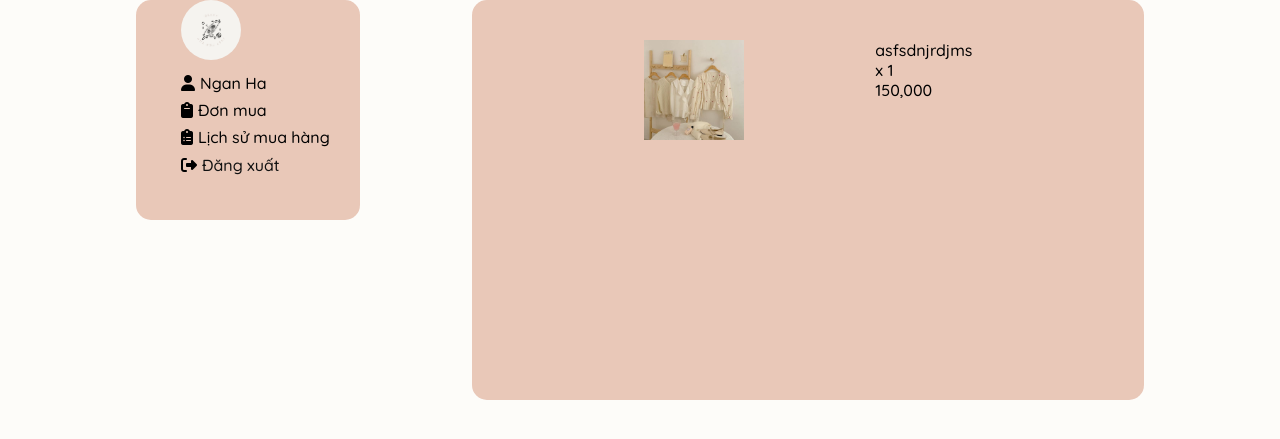
Repository: nganha241/store
Page: profile.html
An editor plug-in stored every save of this project. The page is shown before and after the next save, followed by the edit.
The browser window is 1280 px wide. The pictures show the whole page.
Some web libraries are served in a nearby version.

Above is the page before, as saved 2022-04-22 19:46:56.

### profile.html
<!DOCTYPE html>
<html lang="en">
  <head>
    <meta charset="UTF-8" />
    <meta http-equiv="X-UA-Compatible" content="IE=edge" />
    <meta name="viewport" content="width=device-width, initial-scale=1.0" />
    <title>Document</title>
    <link rel="stylesheet" href="style.css" />
  </head>

  <body>
    <div class="container">
      <div class="profile">
        <div class="active">
          <div class="list">
            <div class="avatar"><img src="./img/logo.png" alt="" /></div>
            <div class="name">
              <i class="fa fa-user" aria-hidden="true"></i>Ngan Ha
            </div>

            <div class="order"><i class="fas fa-clipboard"></i>Đơn mua</div>

            <div><i class="fas fa-clipboard-list"></i>Lịch sử mua hàng</div>

            <div>
              <i class="fas fa-sign-out-alt"></i><a href="#">Đăng xuất</a>
            </div>
          </div>
        </div>

        <div class="my-profile">
          <div class="list-detail">
            <!-- <div class="name">
              <form>
                <div>
                  <label>Tên đăng nhập</label>
                  <input type="text" value="Ngân Hà" disabled />
                </div>
                <div>
                  <label>Gmail</label>
                  <input type="text" value="nganha@gmail.com" />
                </div>
                <div>
                  <label>SĐT</label>
                  <input type="text" value="012345678" />
                </div>
                <div>
                  <label>Địa chỉ</label>
                  <input type="text" value="123 abc, xyz" />
                </div>
                <button>Lưu</button>
              </form>
            </div> -->
            <div class="order">
              <div class="order-box">
                <div class="img">
                  <img src="./img/products/p1.jpg" alt="" />
                </div>
                <div class="div">
                  <div class="pro-name">asfsdnjrdjms</div>
                  <div class="quantity">x 1</div>
                  <div class="total">150,000</div>
                </div>
              </div>
            </div>
          </div>
        </div>
      </div>
    </div>
    <script
      src="https://kit.fontawesome.com/ae971d7ee0.js"
      crossorigin="anonymous"
    ></script>
  </body>
</html>

### style.css
@import url('https://fonts.googleapis.com/css2?family=Quicksand:wght@300;400;500;600;700&family=Space+Grotesk:wght@300;400&display=swap');

* {
    font-family: 'Quicksand', sans-serif;
    box-sizing: border-box;
}

body {
    background: #fdfcf9;
    position: relative;
    height: auto;
    padding: 0;
    margin: 0;
}

a {
    text-decoration: none;
}

li {
    list-style: none;
}

.header {
    padding: 40px 80px;
}

.header .tools {
    display: flex;
    justify-content: flex-end;
    gap: 15px;
    height: 50px;
}

.header .tools .notification,
.header .tools .account,
.header .tools .cart {
    cursor: pointer;
}

.header .tools .fa-solid {
    font-size: 22px;
    color: #ae582d;
}

.header .tools .cart {
    position: relative;
}

.header .tools .cart .cart-info {
    position: absolute;
    background: #af7355;
    right: -20px;
    top: 30px;
    z-index: 1;
    padding: 20px;
    color: #fff;
    display: none;
    border-radius: 15px;
    animation: dropdown 0.4s ease;
}

.header .tools .cart:hover .cart-info {
    display: block;
}

.header .tools .cart .cart-info .cart-card {
    width: 400px;
    height: 50px;
    margin-top: 10px;
    display: flex;
    justify-content: space-between;
    transition: 0.4s;
}

.header .tools .cart .cart-info .cart-card:hover {
    background:rgba(255, 255, 255, 0.4);
    transition: 0.4s;
}

.header .tools .cart .cart-info .cart-card .cart-card-img img {
    width: 100%;
    height: 100%;
    object-fit: cover;
}

.header .tools .cart .cart-info .cart-card .cart-pro-name {
    text-overflow: ellipsis;
    white-space: nowrap;
    overflow: hidden;
   width: 250px;
}

.header .tools .cart .cart-info .cart-card-footer {
    display: flex;
    justify-content: space-between;
    margin-top: 10px;
}

.header .tools .cart .cart-info .cart-card-footer>p {
    cursor: auto;
}

.header .tools .cart .cart-info .cart-card-footer>button {
    margin-top: 5px;
    height: 35px;
    border-radius: 5px;
    border: 0;
    font-size: 16px;
    font-weight: 500;
    cursor: pointer;
    transition: 0.4s;
}

.header .tools .cart .cart-info .cart-card-footer>button:hover {
    background: rgba(255, 255, 255, 0.7);
}

.header .tools .account span .fa-solid{
    font-size: 18px;
    color: #111;
    margin-left: 10px;
    margin-right: 15px;
}

.header .tools .account:hover .fa-solid{
    color: #ae582d;
}

.header .tools .account {
    position: relative;
}

.header .tools .account span {
    font-weight: 600;
}

.header .tools .account .acc-info {
    width: 180px;
    position: absolute;
    height: auto;
    background: #af7355;
    text-align: left;
    top: 15px;
    left: -30px;
    display: none;
    animation: dropdown 0.4s ease;
    z-index: 1;
    border-radius: 15px;
}

.header .tools .account:hover .acc-info{
    display: block;
}

.header .tools .account .acc-info li {
    padding: 10px 0;
    color: #fff;
    margin-left: -13px;
    transition: .4s;
}

.header .tools .account .acc-info li:hover {
    transform: scale(1.1);
}

.header hr {
    background: #48503c;
    margin-top: -20px;
}

.header nav {
    display: flex;
    width: 100%;
}

.header nav .logo {
    width: 50%;
    padding-top: 20px;
}

.header nav .logo a{
    font-family: 'Space Grotesk', sans-serif;
    font-size: 30px;
    color: #48503c;
    font-weight: 100;

}

.header nav .logo a:hover {
    color: #111;
}

.header nav .menu {
    display: flex;
    gap: 15px;
    padding-top: 7px;
    justify-content: flex-end;
    width: 50%;
}

.header nav .menu>li {
    float: left;
    font-size: 18px;
    position: relative;
    height: 50px;
}

.header nav .menu>li::before {
    content: "";
    position: absolute;
    width: 90%;
    height: 3px;
    top: 30px;
    right: -3px;
    background-color: #551e02;
    opacity: 0;
    transition: 0.6s;
}

.header nav .menu>li:hover::before{
    opacity: 1;
    transition: 0.6s;
}

.header nav .menu>li>a {
    color: #48503c;
    display: block;
    padding: 6px 0px 0px 15px;
}

.header nav .menu>li:hover>a {
    color: #111;
}

.header nav .menu>li .menu-child {
    margin-top: 10px;
    margin-left: -50px;
    width: 180px;
    padding-top: 10px;
    padding-bottom: 15px;
    background: #af7355;
    border-radius: 15px;
    text-align: left;
    position: absolute;
    display: none;
    animation: dropdown .3s ease;
    z-index: 1;
}

.header nav .menu>li:hover .menu-child{
    display: block;
}

.header nav .menu>li .menu-child>li {
    margin-top: 10px;
}

.header nav .menu>li .menu-child>li>a {
    transition: 0.4s;
    color: #fff;
}

.header nav .menu>li .menu-child>li:hover>a{
    display: inline;
    text-decoration: underline;
    transition: 0.4s;
}

@keyframes dropdown {
    0% {
        opacity: 0;
        transform: translateY(18px);
    }
    100% {
        opacity: 1;
        transform: none;
    }
}

.header .banner {
    width: 100%;
    height: 600px;
    display: flex;
    align-items: center;
    margin-top: 30px;
    position: relative;
}

.header .banner .slogan {
    width: 50%;
    padding-left: 60px;
    padding-right: 20px;
}

.header .banner .slogan h4 {
    color: #ae582d;
    font-family: 'Space Grotesk', sans-serif;
    font-size: 60px;
    font-weight: 200;
}

.header .banner .slogan p {
    font-size: 20px;
    color: #515a54;
    margin-top: -50px;
}

.header .banner .img-banner{
    width: 50%;
    height: 100%;
}

.header .banner .img-banner img {
    width: 100%;
    height: 100%;
    object-fit: cover;
    border-top-left-radius: 100px;
    border-bottom-right-radius: 100px;
    transition: all 0.5s ease;
}

.section {
    height: auto;
    margin-top: 100px;
    padding: 0 80px;
}

.section .into-title {
    margin-top: 100px;
    text-align: center;
}

.section .into-title h1 {
    font-family: 'Space Grotesk', sans-serif;
    font-size: 50px;
}

.section .intro {
    display: flex;
    flex-wrap: wrap;
    justify-content: space-between;
    margin-bottom: 100px;
    margin-top: 80px;
    gap: 10px;
}

.section .intro .intro-card .intro-img {
    width: 200px;
    height: 200px;
}

.section .intro .intro-card .intro-img img {
    width: 100%;
    height: 100%;
    border-radius: 50%;
}

.section .title{
    height: auto;
    width: 200px;
    background: #f4e9c7;
    text-align: center;
    margin-bottom: -15px;
}

.section .title h2 a{
    font-size: 30px;
    color: #48503c;
    font-weight: 200;
}

.products {
    display: flex;
    flex-wrap: wrap;
    justify-content: space-between;
    row-gap: 30px;
    padding: 30px 10px;
    background: rgb(244, 239, 239);
}

.products .card {
    width: 250px;
    height: 400px;
    background: #fdfcf9;
    cursor: pointer;
    transition: 0.4s;
    position: relative;
}

.products .card:hover {
    transform: scale(1.1 , 1.1);
    background: rgba(255, 255, 255, 0.4);
}

.products .card .pro-img {
    height: 330px;
}

.products .card .pro-img img{
    width: 100%;
    height: 100%;
    object-fit: cover;
}

.products .card .pro-sale-tag {
    position: absolute;
    top: -10px;
    left: -5px;
    background: #ae582d;
    width: 70px;
    height: 35px;
    font-size: 25px;
    color: #fff;
    font-weight: 500;
}

.products .card .pro-sale-tag::before{
    content: "";
    width: 5px;
    height: 6px;
    background-color: #551e02;
    position: absolute;
    left: 0px;
    top: 34.5px;
    clip-path: polygon(0 0, 100% 0, 100% 100%);
}

.products .card .pro-new-tag {
    position: absolute;
    top: 0;
    right: 5px;
    background: #af7355;
    width: 50px;
    height: 40px;
    font-size: 20px;
    color: #fff;
    font-weight: 500;
    clip-path: polygon(0 75%, 0 0, 100% 0, 100% 75%, 50% 100%);
}

.products .card .pro-name {
    font-size: 18px;
    text-overflow: ellipsis;
    white-space: nowrap;
    overflow: hidden;
}

 .products .card .pro-price {
    font-size: 15px;
}

 .products .card .add-cart {
    margin-top: -220px;
}

.products .card .add-cart button{
    opacity: 0;
    height: 40px;
    background: #af7355;
    border: 0;
    cursor: pointer;
    transition: 0.4s;
    color: #fff;
    margin-left: 85px;
}

.products .card:hover .add-cart button {
    transition: 0.4s;
    opacity: 1;
}

.products .card .add-cart button:hover {
    transform: scale(1.1);
    background: #ae582d;
}

.about-us {
    margin-top: 100px;
}

.about-img {
    height: 400px;
}

.about-img img{
    width: 100%;
    height: 100%;
    object-fit: cover;
}

.about-us .about-text {
    padding: 40px 140px;
    text-align: center;
    color: #515a54;
}

.about-us .about-text h5 {
    font-size: 20px;
    font-weight: 500;
}

.about-us .about-text p {
    line-height: 1.6;
    font-size: 15px;
}

.section .featured {
    height: auto;
    margin-top: 100px;
    position: relative;
}

.section .featured .list-slider {
    background: rgb(244, 239, 239);
}

.section .featured .list-slider .slide {
    display: none;
}

.section .featured .list-slider .slide.show {
    display: block;
    transition: 0.4s;
}

.section .featured .list-slider .slide .fade {
    height: 400px;
    display: flex;
    /* gap: 30px; */
    justify-content: space-between;

}

.section .featured .list-slider .slide .fade .featured-img {
    width: 60%;
}

.section .featured .list-slider .slide .fade .featured-img img{
    height: 100%;
    width: 100%;
    object-fit: cover;
    transition: 0.5s;
}

.section .featured .list-slider .slide:hover .fade .featured-img img{
    transform: translate(0, -42px);
}

.section .featured .list-slider .slide .fade .featured-more {
    text-align: center;
    padding-top: 150px;
    line-height: 1.8;
}

.section .featured .list-slider .slide .fade .featured-more .featured-name {
    font-size: 25px;
    text-overflow: ellipsis;
    white-space: nowrap;
    overflow: hidden;
    width:250px;
    transition: 0.4s;
}

.section .featured .list-slider .slide .fade .featured-more .featured-price {
    font-size: 18px;

}

.section .featured .list-slider .slide .fade .featured-more .featured-sold {
    font-size: 18px;
}

.section .featured .list-slider .slide .fade .featured-more .featured-sold span {
    margin-left: 10px;
}

.section .featured .list-slider .slide .fade .featured-choose {
    height: 400px;
    width: 60px;
    background: #ae582d;
    opacity: 0;
    transition: 0.4s;
    writing-mode: vertical-rl;
    text-orientation: mixed;
    text-align: center;
    font-size: 30px;
    color: #fff;
    cursor: pointer;
    padding-right: 10px;
}

.section .featured .list-slider .slide .fade:hover .featured-choose {
    opacity: 1;
    transition: 0.6s;
}

.section .featured .list-slider .slide .fade .featured-choose .fas {
    transition: 0.6s;
}

.section .featured .list-slider .slide .fade .featured-choose:hover .fas {
    margin-top: 20px;
    transform: scale(1.5 , 1.5);
    transition: 0.4s;
}

.section .featured .featured-button {
    position: absolute;
    top: 50%;
    font-size: 60px;
    color: #515a54;
    cursor: pointer;
    transition: 0.4s;
}

.section .featured .featured-button.pre {
    left: -40px;
    transition: 0.4s;
}

.section .featured .featured-button.next {
    right: -40px;
    transition: 0.4s;
}

.section .featured .featured-button.pre:hover,
.section .featured .featured-button.next:hover {
    color: #ae582d;
    transform: scale(1.2);

}

.section .sale {
    margin-top: 100px;
}

.section .sale-banner {
    display: flex;
    justify-content: space-between;
    height: 350px;
    gap: 10px;
}

.section .sale .sale-banner .sale-img {
    width: 50%;
}

.section .sale .sale-banner .sale-img img{
    width: 100%;
    height: 100%;
    object-fit: cover;
}

.detail .related-products,
.section .sale .sale-products {
    position: relative;
    transition: 0.4s;
}

.detail .related-products .related-control,
.section .sale .sale-products .sale-control {
    position: absolute;
    top: 50%;
    transform: translateY(-20px);
    font-size: 40px;
    color: #ae582d;
    cursor: pointer;
}


.detail .related-products .related-control.related-pre,
.section .sale .sale-products .sale-control.sale-pre {
    left: 16px;
    z-index: 1;
}


.detail .related-products .related-control.related-next,
.section .sale .sale-products .sale-control.sale-next {
    right: 10px;
}


.detail .related-products .related-card,
.section .sale .sale-products .sale-card{
    display: flex;
    justify-content: space-between;
    align-items: center;
    gap: 10px;
    height: 400px;
    overflow: hidden;
    padding-left: 10px;
}

.detail .related-products .related-card .related-box,
.section .sale .sale-products .sale-card .sale-box{
    width: 210px;
    height: 280px;
    position: relative;
    transition: 0.4s;
    cursor: pointer;
}

.detail .related-products .related-card .related-box .tag-sale,
.section .sale .sale-products .sale-card .sale-box .tag-sale {
    background: #ae582d;
    position: absolute;
    top: -10px;
    width: 60px;
    height: 30px;
    left: -5px;
    text-align: center;
}

.detail .related-products .related-card .related-box .tag-sale p,
.section .sale .sale-products .sale-card .sale-box .tag-sale p {
    display: inline;
    font-size: 20px;
    color: #fff;
    font-weight: 600;
}

.detail .related-products .related-card .related-box .tag-sale::before,
.section .sale .sale-products .sale-card .sale-box .tag-sale::before {
    content: '';
    background-color: #551e02;
    display: inline-block;
    width: 5px;
    height: 5px;
    position: absolute;
    bottom: -5px;
    right: 55px;
    clip-path: polygon(0 0, 100% 0, 100% 100%);
}

.detail .related-products .related-card .related-box img,
.section .sale .sale-products .sale-card .sale-box img {
    width: 100%;
    height: 100%;
    object-fit: cover;
}

.detail .related-products .related-card .related-box:hover,
.section .sale .sale-products .sale-card .sale-box:hover {
    transform: scale(0.9);
    color: #111;
}

.detail .related-products .related-card .related-box .related-name,
.section .sale .sale-products .sale-card .sale-box .sale-name {
    text-overflow: ellipsis;
    white-space: nowrap;
    overflow: hidden;
}

.detail .related-products .related-card .related-box .related-name a,
.section .sale .sale-products .sale-card .sale-box .sale-name a{
    color: #48503c;
    font-weight: 500;
}

.detail .related-products .related-card .related-box .related-price,
.section .sale .sale-products .sale-card .sale-box .sale-price {
    font-size: 14px;
    color: #48503c;
}

.footer {
    width: auto;
    font-weight: 500;
    background: rgb(244, 239, 239);
    margin-top: 100px;
    display: flex;
    justify-content: space-around;
    align-items: center;
}

.footer .infomation>ul>li {
    margin-bottom: 10px;
}

.footer .infomation>ul>li>span {
    margin-left: 10px;
}

.footer .menu-footer>ul>li {
    margin-bottom: 5px;
    transition: 0.4s;
}

.footer .menu-footer>ul>li>a {
    color: #111;
}

.footer .menu-footer>ul>li:hover {
    transform: scale(1.1);
    transition: 0.4s;
}

.footer .coppyright {
    padding-top: -200px;
}

.footer .support>input{
    border: 2px solid #551e02;
    height: 30px;
}

.footer .support>button {
    border: 0;
    background: #ae582d;
    height: 30px;
    color: #fff;
    cursor: pointer;
    transition: .4s;
}

.footer .support>button:hover {
    transform: scale(1.1);
}


/* SHOP */
.container {
    padding: 0 80px;
}
.container .search {
    text-align: center;
    height: 40px;
    font-size: 18px;
    margin-top: -30px;
}

.container .search>input {
    width: 800px;
    height: 100%;
    border: 2px solid #551e02;
    padding: 0 10px;
}

.container .search>input:focus {
    outline: none;
}

.container .search>button {
    height: 100%;
    width: 60px;
    margin-left: -6px;
    background: #551e02;
    border: 0;
}

.container .search>button .fa {
    color: #fff;
}

.container .shop-content {
    margin-top: 50px;
    display: flex;
    width: 100%;
}

.container .shop-content .filter {
    width: 65%;
}

.container .shop-content .filter h5{
    font-size: 17px;
}

.container .shop-content .filter ul {
    margin-left: -30px;
    margin-top: -10px;
}

.container .shop-content .filter ul li {
    margin-top: 10px;
}

.container .shop-content .shop-products .products {
    background: #fdfcf9;
}

.container .shop-content .shop-products .products .card {
    height: 280px;
    width: 200px;
    background: rgb(243, 241, 241);
}

.container .shop-content .shop-products .products .card .pro-img {
    height: 230px;
}

.container .detail .detail-product {
    display: flex;
}

.container .detail .detail-product .detail-img {
    width: 400px;
}

.container .detail .detail-product .detail-img .img-main{
    height: 500px;
    position: relative;
}

.container .detail .detail-product .detail-img .img-main img {
    width: 100%;
    height: 100%;
    object-fit: cover;
}

.container .detail .detail-product .detail-img .img-child {
    margin-top: 10px;
    height: 80px;
    display: flex;
    gap: 10px;
    cursor: pointer;
    overflow: hidden;
}

.container .detail .detail-product .detail-img .img-child  img {
    width: calc(400px / 5);
    height: 100%;
    object-fit: cover;
}

.container .detail .detail-product .detail-img .detail-img-slide {
    position: relative;
}

.container .detail .detail-product .detail-img .detail-img-slide .detail-control {
    position: absolute;
    top: 40%;
    font-size: 20px;
    color: #ae582d;
    transition: 0.2s;
}

.container .detail .detail-product .detail-img .detail-img-slide .detail-control:hover {
    transform: scale(1.1);
}

.container .detail .detail-product .detail-img .detail-img-slide .detail-control.detail-next {
    right: 0;
}

.container .detail .detail-product .detail-info {
    margin-left: 50px;
    font-weight: 500;
}

.container .detail .detail-product .detail-info>ul>li {
    margin-bottom: 20px;
}

 .detail .detail-product .detail-info .detail-name {
    font-size: 40px;
}


.detail .detail-info .detail-price {
    font-size: 45px;
    color: #551e02;
}

.detail .detail-info .detail-color button,
.detail .detail-info .detail-size button{
    height: 30px;
    background: none;
    border: 1px solid #ccc;
    cursor: pointer;
    line-height: 1.4;
}

.detail .detail-info .detail-color button.active,
.detail .detail-info .detail-size button.active {
    border:  1px solid #ae582d;
    background: #f4e9c7;
}

.detail .detail-info .detail-color button:hover,
.detail .detail-info .detail-size button:hover {
    border: 1px solid #ae582d;
}

.detail .detail-info .detail-color button:nth-child(1),
.detail .detail-info .detail-size button:nth-child(1) {
    margin-left: 20px;
}

 .detail .detail-product .detail-info .detail-quantity {
    display: flex;
    align-items: center;
}

.detail .detail-product .detail-info .detail-quantity .quantity-pre {
    margin-left: 20px;
}

 .detail .detail-product .detail-info .detail-quantity .quantity-pre,
.detail .detail-product .detail-info .detail-quantity .quantity,
 .detail .detail-product .detail-info .detail-quantity .quantity-next {
    width: 30px;
    height: 30px;
    border: 1px solid #ccc;
    text-align: center;
    cursor: pointer;
}

 .detail .detail-product .detail-info .detail-quantity .quantity {
    width: 50px;
    cursor: default;
}

.detail .detail-product .detail-info .ship .fas,
.detail .detail-product .detail-info .return .fas {
    color: #551e02;
    margin-right: 5px;
}

.detail .detail-product .detail-info .detail-choose button{
    height: 40px;
    font-size: 18px;
    cursor: pointer;
}

.detail .detail-product .detail-info .detail-choose .detail-add {
    border: 1px solid #ae582d;
    background: #f4e9c7;
    color: #ae582d;
}

.detail .detail-product .detail-info .detail-choose .detail-add:hover {
    background: rgba(244, 218, 207, 0.8);
}

.detail .detail-product .detail-info .detail-choose .buy {
    background: rgba(161, 58, 7, 0.9);
    border: none;
    margin-left: 10px;
    color: #fff;
}

.detail .detail-product .detail-info .detail-choose .buy:hover {
    background: #ae582d;
}

.detail .detail-description {
    margin-top: 100px;
    margin-bottom: 50px;
    line-height: 1.8;
}

.detail h2 {
    margin-bottom: -30px;
}

.detail .pro-new-tag{
    position: absolute;
    top: 0;
    right: 5px;
    background: #af7355;
    width: 50px;
    height: 40px;
    font-size: 20px;
    color: #fff;
    font-weight: 500;
    clip-path: polygon(0 75%, 0 0, 100% 0, 100% 75%, 50% 100%);
}

.container .profile {
    display: flex;
    justify-content: space-around;
    font-weight: 500;
}

.container .profile .active ul {
    line-height: 1.8;
}

.container .profile .active {
    width: 20%;
    background: rgba(231, 195, 178, 0.9);
    border-radius: 15px;
    cursor: pointer;
    height: 220px;
}

.container .profile .active .list {
    margin-left: 45px;
    line-height: 1.7;
}

.container .profile .active .list i {
    margin-right: 5px;
}
.container .profile .active ul>li>i {
    margin-right: 10px;
}

.container .profile .active a {
    color: #111;
}

.container .profile .active li:hover {
    color: #551e02;
}

.container .profile .active  .avatar {
    width: 60px;
    height: 60px;
    cursor: default;
    margin-bottom: 10px;
}

.container .profile .active  .avatar img {
    width: 100%;
    height: 100%;
    border-radius: 50%;
    object-fit: cover;
}

.container .profile .my-profile {
    width: 60%;
    height: 400px;
    background: rgba(231, 195, 178, 0.9);
    border-radius: 15px;
    position: relative;
}

.container .profile .my-profile .list-detail {
    padding: 40px;
}

.container .profile .my-profile .list-detail .name  form{
    line-height: 3.5;
}

.container .profile .my-profile .list-detail .name label{
    display: inline-block;
    width: 140px;
    text-align: right;
    margin-right: 20px;
}

.container .profile .my-profile .list-detail .name input {
    width: 350px;
    height: 40px;
    border: 2px solid #551e02;
    font-size: 17px;
    padding: 0 10px;
}

.container .profile .my-profile .list-detail .name input:focus{
    outline: none;
}

.container .profile .my-profile .list-detail .name  form button {
    margin-left: 90px;
    height: 35px;
    width: 50px;
    font-size: 17px;
    background:  #551e02;
    border: none;
    color: #fff;
    cursor: pointer;
}

.container .profile .my-profile .list-detail .order .order-box{
    display: flex;
    justify-content: space-evenly;
}

.container .profile .my-profile .list-detail .order .order-box .img {
    width: 100px;
    height: 100px;
}

.container .profile .my-profile .list-detail .order .order-box img {
    width: 100%;
    height: 100%;
    object-fit: cover;
}

.container .profile .my-profile .list-detail .order .order-box>div {

}

.container .profile .my-profile .list-detail .order .order-box .pro-name {

}

After the next save:
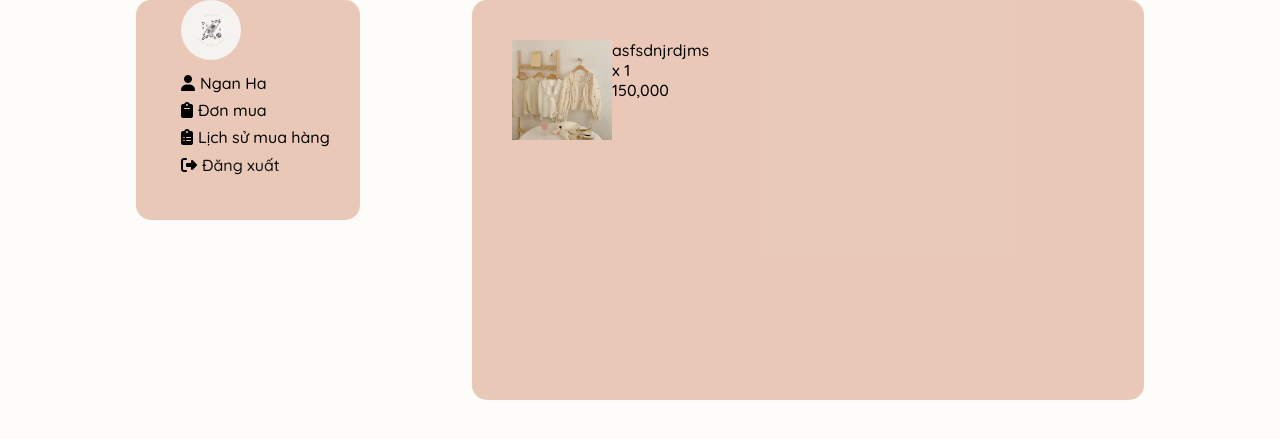
Saved 9 s later.
--- a/style.css
+++ b/style.css
@@ -1170,7 +1170,7 @@ li {
 
 .container .profile .my-profile .list-detail .order .order-box{
     display: flex;
-    justify-content: space-evenly;
+
 }
 
 .container .profile .my-profile .list-detail .order .order-box .img {
